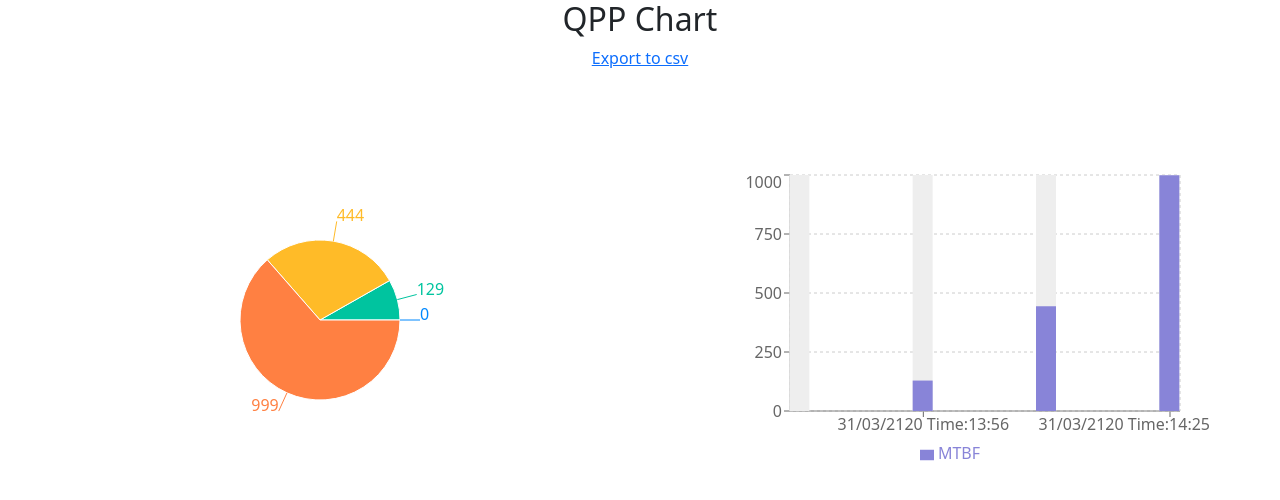
Repository: exiled-kal/ReactChartPrac
Page: /
An editor plug-in stored every save of this project. The page is shown before and after the next save, followed by the edit.
The browser window is 1280 px wide. The pictures show the whole page.
The project was rebuilt for these pictures with package versions that can differ from the ones it lists, and the page was loaded fresh each time.

Above is the page before, as saved 2021-04-18 15:45:10.

After the next save:
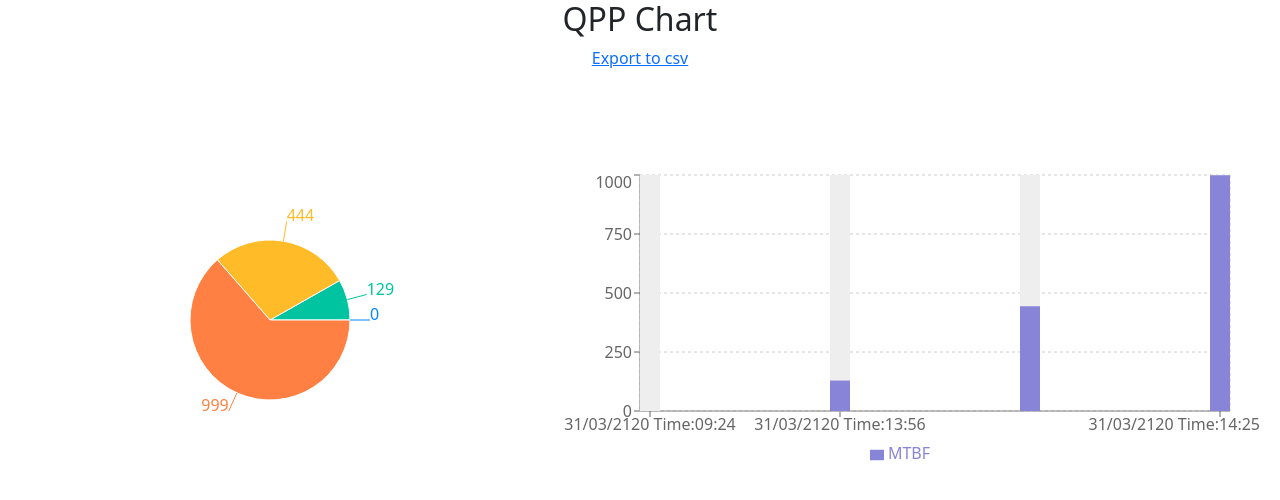
Saved 24 s later.
--- a/src/App.js
+++ b/src/App.js
@@ -125,7 +125,7 @@ function App() {
           <Tooltip />
         </PieChart>
         <BarChart
-          width={500}
+          width={700}
           height={300}
           data={data}
           margin={{
